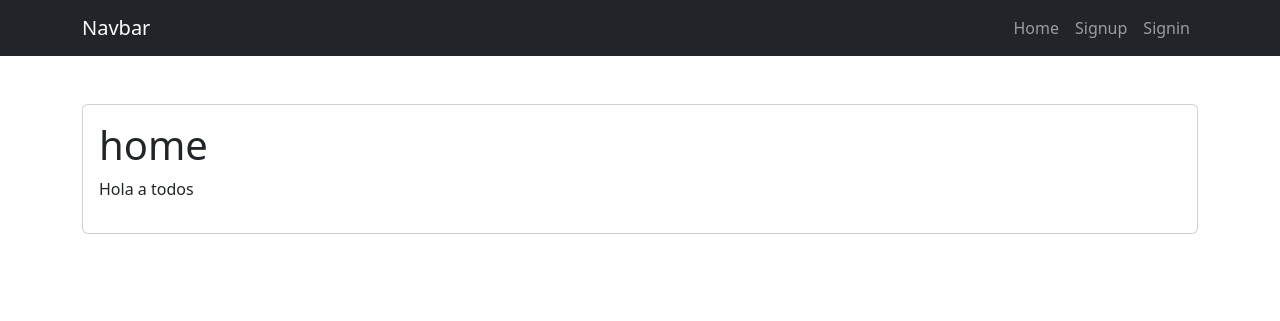
Repository: dbettancourt/django-auth-crud
Page: http://localhost/
An editor plug-in stored every save of this project. The page is shown before and after the next save, followed by the edit.
The browser window is 1280 px wide. The pictures show the whole page.
The page is served by the project's application, run on Django 4.2 (manage.py). Other server files are loaded and not shown.

Above is the page before, as saved 2023-06-06 10:23:58.

### tasks/templates/home.html
{% extends 'base.html' %}

{% block content %}

<main class="container py-5">
    <section class="card card-body">
        <h1>home</h1>
        <p>Hola a todos</p>
    </section>
</main>

{% endblock %}

### tasks/templates/base.html
<!DOCTYPE html>
<!--[if lt IE 7]>      <html class="no-js lt-ie9 lt-ie8 lt-ie7"> <![endif]-->
<!--[if IE 7]>         <html class="no-js lt-ie9 lt-ie8"> <![endif]-->
<!--[if IE 8]>         <html class="no-js lt-ie9"> <![endif]-->
<!--[if gt IE 8]>      <html class="no-js"> <!--<![endif]-->
<html>
    <head>
        <meta charset="utf-8">
        <meta http-equiv="X-UA-Compatible" content="IE=edge">
        <title>Pagina Base Django</title>
        <meta name="description" content="">
        <meta name="viewport" content="width=device-width, initial-scale=1">
        <link rel="stylesheet" href="">
        <link rel="stylesheet" href="https://cdn.jsdelivr.net/npm/bootstrap@5.3.0/dist/css/bootstrap.min.css">
       <link rel="stylesheet" href="https://cdn.jsdelivr.net/npm/bootstrap-icons@1.5.0/font/bootstrap-icons.css">

    </head>
    <body>
        <!--[if lt IE 7]>
            <p class="browsehappy">You are using an <strong>outdated</strong> browser. Please <a href="#">upgrade your browser</a> to improve your experience.</p>
        <![endif]-->
        <nav class="navbar navbar-expand-lg bg-dark navbar-dark">
            <div class="container">
              <a class="navbar-brand" href="#">Navbar</a>
              <button class="navbar-toggler" type="button" data-bs-toggle="collapse" data-bs-target="#navbarNav" aria-controls="navbarNav" aria-expanded="false" aria-label="Toggle navigation">
                <span class="navbar-toggler-icon"></span>
              </button>
              <div class="collapse navbar-collapse" id="navbarNav">
                <ul class="navbar-nav ms-auto">
                    <li class="nav-item">
                        <a href="/"  class="nav-link">Home</a>
                    </li>
                    {% if user.is_authenticated %}
                    <li class="nav-item">
                        <a href="/tasks"  class="nav-link">Tasks Pending</a>
                    </li>
                    <li class="nav-item">
                        <a href="/tasks_completed"  class="nav-link">Tasks Completed</a>
                    </li>
                    <li class="nav-item">
                        <a href="/tasks/create"  class="nav-link">Create task</a>
                    </li>

                    <li class="nav-item">
                        <a href="/logout"  class="nav-link">Logout</a>
                    </li>
                    {% else %}
                    <li class="nav-item">
                        <a href="/signup"  class="nav-link">Signup</a>
                    </li>
                    <li class="nav-item">
                        <a href="/signin"  class="nav-link">Signin</a>
                    </li>
                    {% endif %}
                </ul>
              </div>
            </div>
          </nav>

        <script src="" async defer></script>

        {% block content %}
        {% endblock %}

    </body>
</html>

### tasks/views.py
from django.shortcuts import render, redirect, get_object_or_404
from django.contrib.auth.forms import UserCreationForm, AuthenticationForm
from django.contrib.auth.models import User
from django.contrib.auth import login, logout, authenticate
from django.db import IntegrityError
from .forms import TaskForm
from .models import Task
from django.utils import timezone
from django.contrib.auth.decorators import login_required



# Create your views here.
def home(request):
    return render(request, 'home.html')

def signup(request):

    if request.method == 'GET':
         return render(request, 'signup.html',{
        'form': UserCreationForm
    })

    else:
        if request.POST['password1'] == request.POST['password2']:
            try:
                user = User.objects.create_user(username=request.POST['username'], password=request.POST['password1'])
                user.save()
                login(request, user)
                return redirect ('tasks')
            except IntegrityError:
                return render(request, 'signup.html',{
                    'form': UserCreationForm,
                    'error': 'El usuario ya existe'
                    })
        return render(request, 'signup.html', {
            'form': UserCreationForm,
            'error': 'Las contraseñas no coinciden'
            })

@login_required
def tasks(request):
    tasks = Task.objects.filter(user=request.user, datecompleted__isnull=True)
    return render(request, 'tasks.html', {'tasks': tasks})

@login_required
def tasks_completed(request):
    tasks = Task.objects.filter(user=request.user, datecompleted__isnull=False).order_by ('-datecompleted')
    return render(request, 'tasks.html', {'tasks': tasks})

@login_required
def create_task(request):

    if request.method == 'GET':
        return render(request, 'create_task.html', {
            'form': TaskForm
        })
    else:
        try:
            form = TaskForm(request.POST)
            new_task = form.save(commit=False)
            new_task.user = request.user
            new_task.save()
            return redirect('tasks')
        except ValueError:
            return render(request, 'create_task.html', {
                'form': TaskForm,
                'error': 'Por favor ingresar datos validos'
             })

@login_required
def task_detail(request, task_id):
    if request.method == 'GET':
        task = get_object_or_404(Task, pk=task_id, user=request.user)
        form = TaskForm(instance=task)
        return render(request, 'task_detail.html', {'task': task, 'form': form})
    else:
        try:
            task = get_object_or_404(Task, pk=task_id, user=request.user)
            form = TaskForm(request.POST, instance=task)
            form.save()
            return redirect('tasks')
        except ValueError:
            return render(request, 'task_detail.html', {'task': task, 'form': form, 'error': "Error al actualizar"})

@login_required
def complete_task(request, task_id):
    task = get_object_or_404(Task, pk=task_id, user=request.user)
    if request.method == 'POST':
        task.datecompleted = timezone.now()
        task.save()
        return redirect('tasks')

@login_required
def delete_task(request, task_id):
    task = get_object_or_404(Task, pk=task_id, user=request.user)
    if request.method == 'POST':
        task.datecompleted = timezone.now()
        task.delete()
        return redirect('tasks')

@login_required
def signout(request):
    logout(request)
    return redirect('home')

def signin(request):
    if request.method=='GET':
        return render(request, 'signin.html', {
            'form': AuthenticationForm
        })
    else:
        user = authenticate(
            request, username=request.POST['username'], password=request.POST['password'])

        if user is None:
            return render(request, 'signin.html', {
                'form': AuthenticationForm,
                'error': 'Usuario o password es incorrecta'
            })
        else:
            login(request, user)
            return redirect('tasks')

### djangocrud/urls.py
"""
URL configuration for djangocrud project.

The `urlpatterns` list routes URLs to views. For more information please see:
    https://docs.djangoproject.com/en/4.2/topics/http/urls/
Examples:
Function views
    1. Add an import:  from my_app import views
    2. Add a URL to urlpatterns:  path('', views.home, name='home')
Class-based views
    1. Add an import:  from other_app.views import Home
    2. Add a URL to urlpatterns:  path('', Home.as_view(), name='home')
Including another URLconf
    1. Import the include() function: from django.urls import include, path
    2. Add a URL to urlpatterns:  path('blog/', include('blog.urls'))
"""
from django.contrib import admin
from django.urls import path
from tasks import views

urlpatterns = [
    path('admin/', admin.site.urls),
    path('', views.home, name='home'),
    path('signup/', views.signup, name='signup'),
    path('tasks/', views.tasks, name='tasks'),
    path('tasks_completed/', views.tasks_completed, name='_completed'),
    path('tasks/create/', views.create_task, name='create_tasks'),
    path('tasks/<int:task_id>/', views.task_detail, name='task_detail'),
    path('tasks/<int:task_id>/complete', views.complete_task, name='complete_task'),
    path('tasks/<int:task_id>/delete', views.delete_task, name='delete_task'),
    path('logout/', views.signout, name='logout'),
    path('signin/', views.signin, name='signin')
]

After the next save:
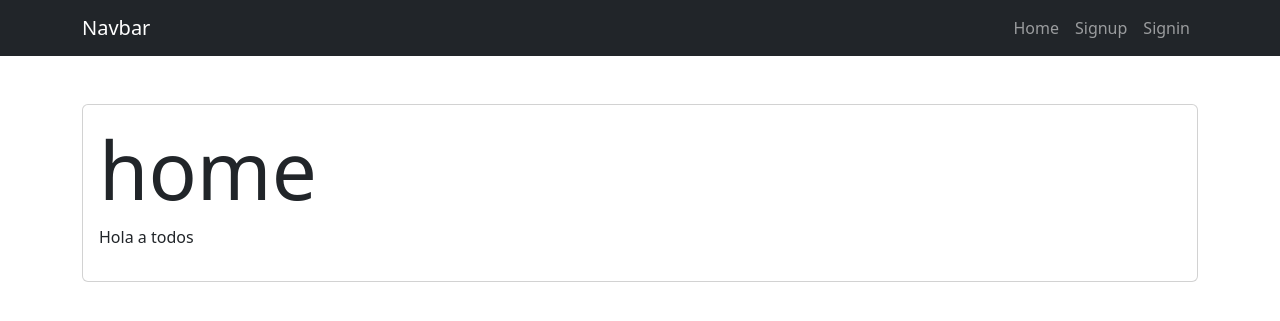
Saved 50 s later.
--- a/tasks/templates/home.html
+++ b/tasks/templates/home.html
@@ -4,7 +4,7 @@
 
 <main class="container py-5">
     <section class="card card-body">
-        <h1>home</h1>
+        <h1 class="display-1">home</h1>
         <p>Hola a todos</p>
     </section>
 </main>
